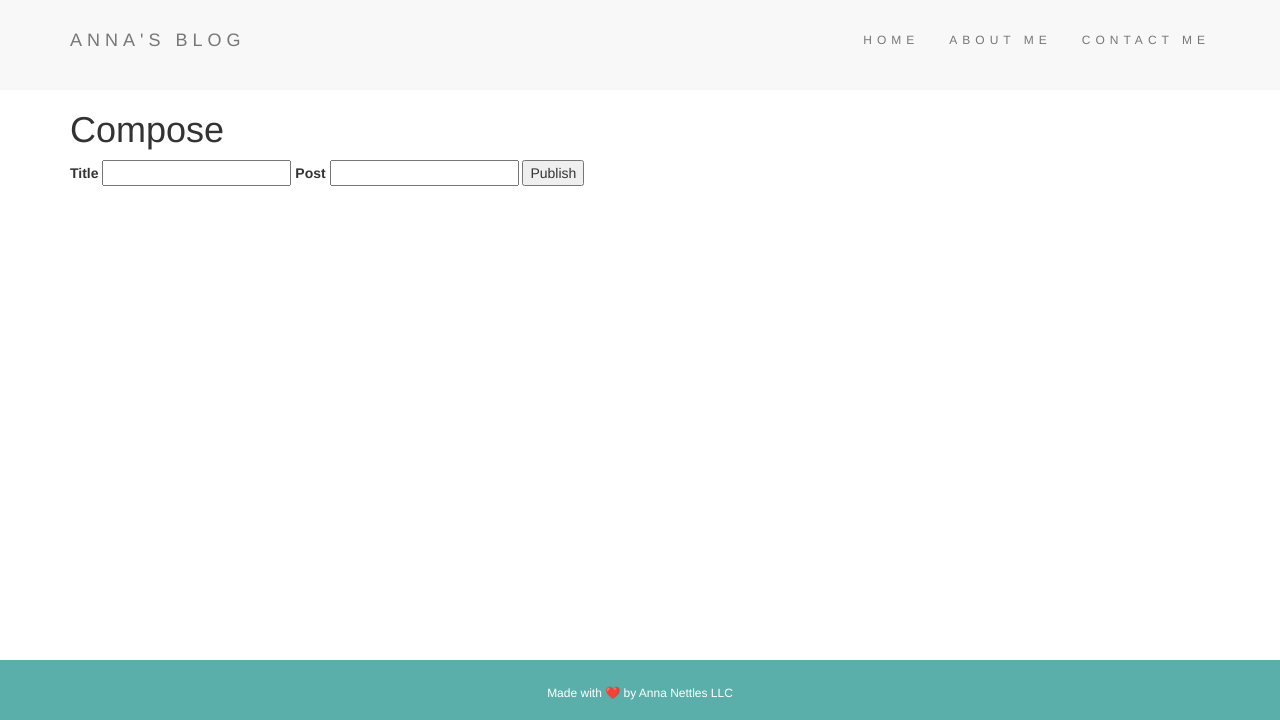
Repository: thecoachanna/blog
Page: http://localhost/compose
The author's editor kept a copy of each file at every save. The page is drawn from the files as they stood at one save, then again after the next save.
The browser window is 1280 px wide. The pictures show the whole page.
The page is served by the project's Node server (app.js).

Above is the page before, as saved 2023-05-10 07:22:49.

After the next save:
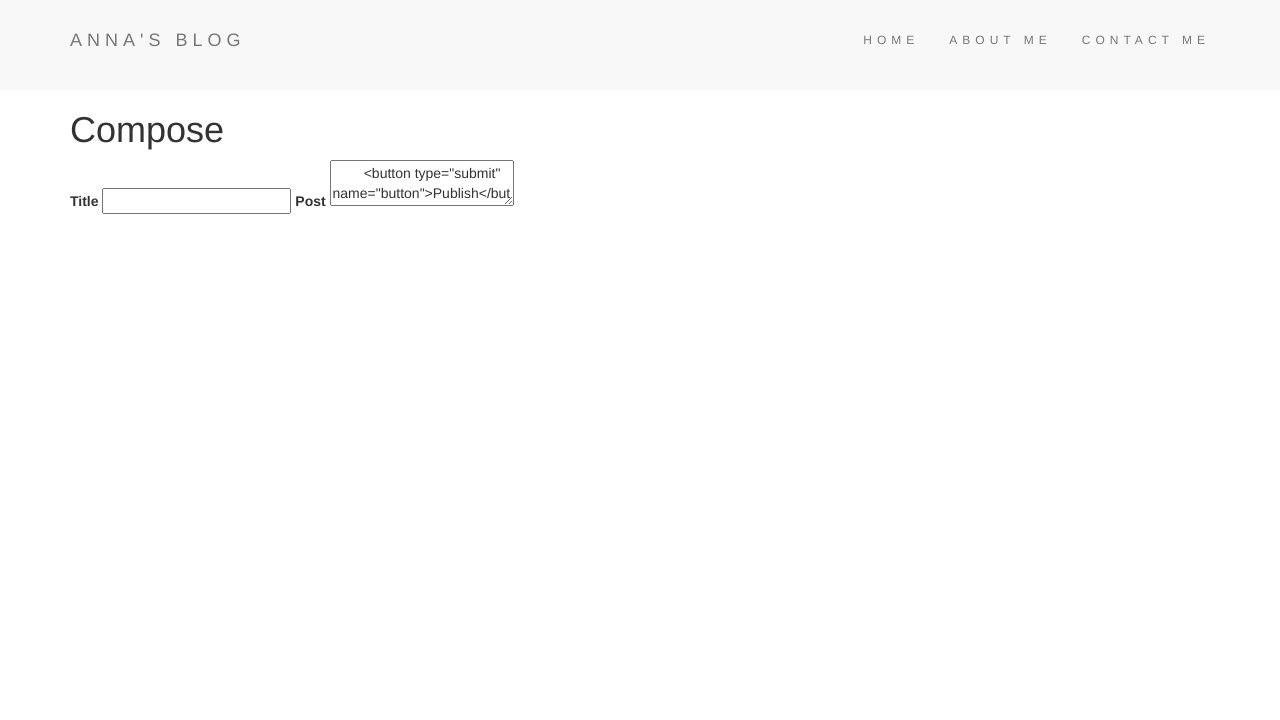
Saved 41 s later.
--- a/views/compose.ejs
+++ b/views/compose.ejs
@@ -6,7 +6,7 @@
         <input type="text" name="title" autocomplete="off">
 
         <label for="post">Post</label>
-        <input type="text" name="post" autocomplete="off">
+        <textarea type="text" name="post" autocomplete="off">
         <button type="submit" name="button">Publish</button>
     </form>
 
